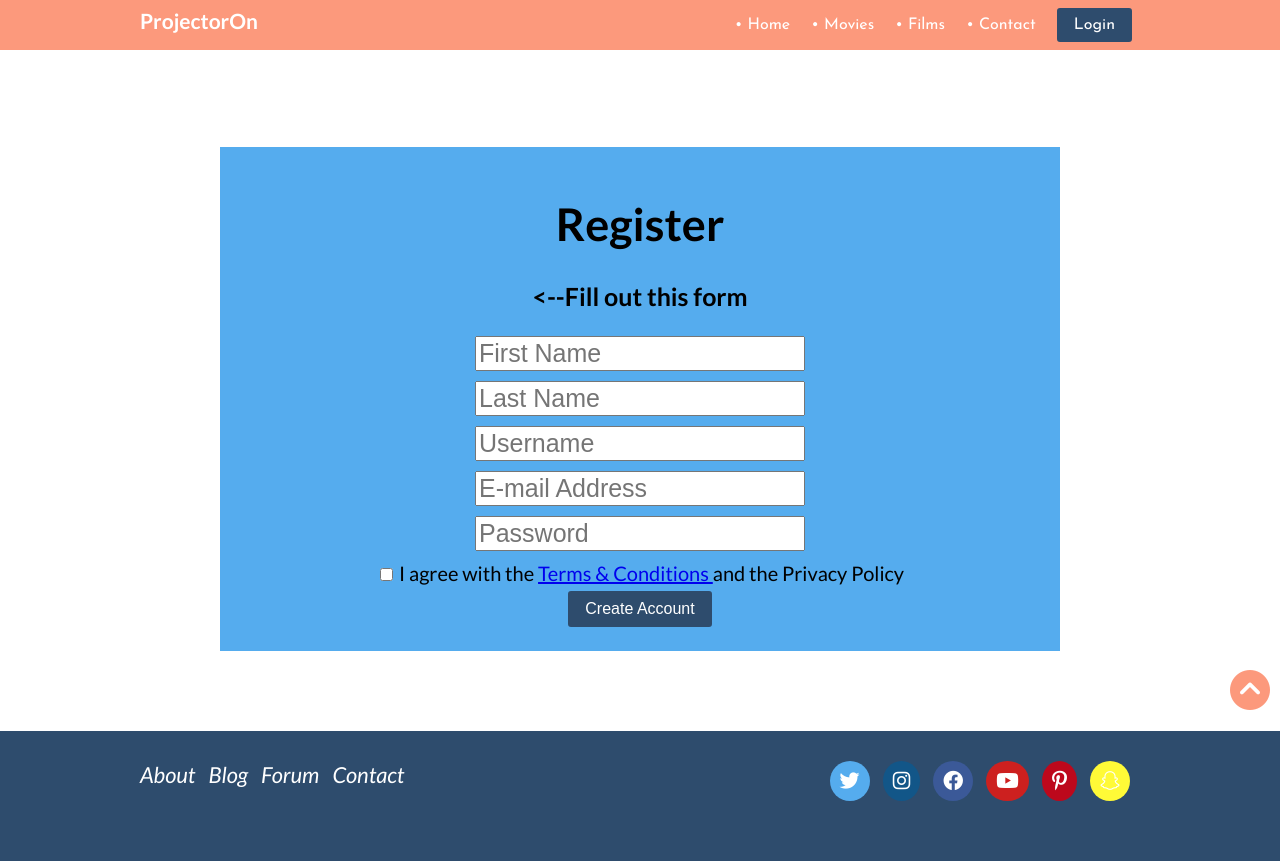
Repository: albayrakfatih/ProjectorOn_WebMovieApp
Page: register.html
These files come from the project's save history. The page is drawn as it stood at one moment and after the next save; the edit follows.
The browser window is 1280 px wide. The pictures show the whole page.
Some web libraries are served in a nearby version.

Above is the page before, as saved 2023-04-30 02:01:50.

### register.html
<!DOCTYPE html>
<html lang="en">
<head>
    <meta charset="UTF-8">
    <meta http-equiv="X-UA-Compatible" content="IE=edge">
    <meta name="viewport" content="width=device-width, initial-scale=1.0">
    <title>Movie App</title>
    <!-- <link rel="stylesheet" href="https://cdnjs.cloudflare.com/ajax/libs/font-awesome/6.3.0/css/all.min.css" integrity="sha512-SzlrxWUlpfuzQ+pcUCosxcglQRNAq/DZjVsC0lE40xsADsfeQoEypE+enwcOiGjk/bSuGGKHEyjSoQ1zVisanQ==" crossorigin="anonymous" referrerpolicy="no-referrer" /> -->
    <!-- <link rel="preconnect" href="https://fonts.googleapis.com">
    <link rel="preconnect" href="https://fonts.gstatic.com" crossorigin>
    <link href="https://fonts.googleapis.com/css2?family=Josefin+Sans:wght@400;700&family=Lato:ital,wght@0,400;0,700;1,400;1,700&display=swap" rel="stylesheet"> -->
    <!-- <link rel="stylesheet" href="css/buttons.css"> -->
    <link rel="stylesheet" href="css/styles.css">


</head>
<body id="body">

    <header class="main-header">
        <div class="container">
            <a href="#" class="main-header__logo">ProjectorOn</a>
            <nav class="main-nav">
                <ul class="main-nav__items">
                    <li class="main-nav__item">
                        <a href="#">Home</a>
                    </li>
                    <li class="main-nav__item">
                        <a href="#">Movies</a>
                    </li>
                    <li class="main-nav__item">
                        <a href="#">Films</a>
                    </li>
                    <li class="main-nav__item">
                        <a href="#">Contact</a>
                    </li>
                    <li class="main-nav__item main-nav__item--login">
                        <a class="btn btn-secondary" href="#">Login</a>
                    </li>
                </ul>
            </nav>
        </div>
    </header>

   <main class="signup-page">
    <div class="container">
        <div class="row">
            <div class="register-card-container">
                <div class="register-card">
                    <h1>Register</h1>
                    <h3> <--Fill out this form</h2>
                    <form action="" class="signup-form">
                        <input type="text" id="firstname" placeholder="First Name"><br>
                        <input type="text" id="lastname" placeholder="Last Name"><br>
                        <input type="text" id="username" placeholder="Username"><br>
                        <input type="email" id="email" placeholder="E-mail Address"><br>
                        <input type="password" id="password" placeholder="Password"><br>
                        <input type="checkbox" id="agree-terms">
                        <label for="agree-terms">I agree with the <a href="#">Terms &amp; Conditions </a> and the Privacy Policy </label><br>
                        <button type="submit" class="btn btn-secondary">Create Account</button>
                    </form>
                </div>
            </div>
        </div>
    </div>
   </main>

    <footer>
        <div class="container">
            <div class="row">
                <div class="col-2">
                    <ul id="footer-links">
                        <li><a href="">About</a></li>
                        <li><a href="">Blog</a></li>
                        <li><a href="">Forum</a></li>
                        <li><a href="">Contact</a></li>
                    </ul>
                </div>
                <div class="col-2">
                    <ul id="social-links">
                        <li><a href="" class="fab fa-twitter"></a></li>
                        <li><a href="" class="fab fa-instagram"></a></li>
                        <li><a href="" class="fab fa-facebook"></a></li>
                        <li><a href="" class="fab fa-youtube"></a></li>
                        <li><a href="" class="fab fa-pinterest-p"></a></li>
                        <li><a href="" class="fab fa-snapchat"></a></li>
                    </ul>
                </div>
            </div>
        </div>
    </footer>

    <a href="#body" id="backtotop">
        <i class="fas fa-chevron-circle-up"></i>
    </a>

</body>
</html>

### css/styles.css
@import url("https://cdnjs.cloudflare.com/ajax/libs/font-awesome/6.3.0/css/all.min.css");
@import url('https://fonts.googleapis.com/css2?family=Josefin+Sans:wght@400;700&family=Lato:ital,wght@0,400;0,700;1,400;1,700&display=swap');
@import url("buttons.css");



html {
    scroll-behavior: smooth;
}

*{
    box-sizing: border-box;
}
body{
    margin: 0px;
    font-family: 'Lato', sans-serif;
}
main{
    margin-top: 47px;
}
#showcase{
     background: /*linear-gradient(to bottom, rgba(252, 153, 124,0.1),rgb(250, 81, 30,0.3)),  */
    url('../img/projector1.jpg');
    background-position: center left;
    background-repeat: no-repeat;
    background-size: cover;
    background-attachment: fixed;
    border-top: 3px solid #fff;
    /*border: 4px solid white;*/
    height: 100vh;
    width: 100%;
    color: aliceblue;
    position: relative;
}
#showcase .content {
    position: absolute;
    font-size: 25px;
    margin: 0;
    top: 50%;
    left: 50%;
    transform: translate(-50%,-50%);
    width: 60%;
    background-color: rgba(46,76,109,0.3);
    color: #fff;
    padding: 20px;
    border-radius: 10px;
}


#how-it-works{
    background-color: #fff;
    padding: 10px;
    text-align: center;/*text-align kalıtım yolu ile aktarılabiliyor. bu yüzden tüm how-it-works section öğelerine center dedim.*/
}

.main-header{
    background-color: #FC997C;
    padding: 8px 16px;
    position: fixed;
    top: 0;
    z-index: 1;
    width: 100%;
}
.main-nav{
    display: inline-block;
    width: calc(100% - 121px);
    text-align: right;
    font-family: 'Josefin Sans', sans-serif;
}
.main-nav__items{
    list-style: none;
    margin: 0px;
    padding: 0px;
}
.main-nav__item{
    display: inline-block;
    margin: 0 8px;
}

.main-header__logo{
    color: #fff;
    text-decoration: none;
    font-weight: bold;
    font-size: 21px;
}

.main-nav__item a{
    text-decoration: none;
    color: #fff;
}
.main-nav__item a:hover{
    color:#160140;
}
.main-nav__item a:active{
    color: #fff;
}
.main-nav__item::before{
    content: '\2022';
    color: #fff;
}
.main-nav__item:hover::before{
    color: #160140;
}
.main-nav__item:active::before{
    color: #fff;
}
/* .main-nav__item--login a{
     color:#fff;
    background-color: #160140;
    border: 2px solid #fff;
    padding: 4px 16px;
    border-radius: 6px;
    font-weight: bold;
} */
/* .main-nav__item--login a:hover{
    border-color: #160140;
    color: #160140;
    background-color: #fff;
} */
.main-nav__item--login::before{
    content: none;
}

.row{
    margin-bottom: 30px;
    /* margin-top: 20px; */
}
/* .col-2{
    display: inline-block;
    width: calc(50% - 2px);
    height:350px;
    background-color: tomato;
    vertical-align:top;
}
.col-3{
    display: inline-block;
    width: 30%;
    padding: 16px;
    margin: 8px;
} */
.col-2 {
    float: left;
    width: 50%;
}
.col-3 {
    float: left;
    width: 33.3%;
}
.col-4 {
    float: left;
    width: 25%;
}

.icon-box h3{
    font-size: 25px;
    color: #3e4555;
}
.icon-box i{
    color: #FC997C;
}

.features-left{
    background-image: url("../img/titanic.jpg");
    background-position: center top;
    background-size: cover;
}
.features-right{
    background-color: #edf5f7;
    padding: 40px 20px;
}
.features-right h2{
    font-size: 30px;
}
.features-left,
.features-right {
    height: 350px;
}


.btn-view-features{
    background-color: #FC997C;
    color: #fff;
    padding: 7px 15px;
    border: 1px solid #FC997C;
    text-decoration: none;
    font-size: 14px;
    font-family: 'Josefin Sans', sans-serif;
    border-radius: 3px;
    display: inline-block;
    margin-top: 15px;
}
.btn-view-features:hover{
    color: #FC997C;
    background-color: #fff;
}
.section-title{
    text-align: center;
    margin-bottom: 40px;
    font-weight:700;
    font-size: 30px;
    color: #3e4555;
}
.plan{
    text-align: center;
    padding: 10px;
}

.plan__badge{
    background-color: orange;
    color: red;
    padding: 8px;
    border-radius: 5px;
}

.plan--featured {
    position: relative;
    top: -30px;
}

.recommended_plan{
    color: #ffffff;
    background-color: mediumblue!important;

}

 /* .clearfix{
    content: "";    .clearfix yerine .row sınıfını kullandık
    display: block;
    clear: both;
}  */
.row::after{
    content: "";
    display: block;
    clear: both;
}

.container{
    margin: 0 auto;
    width: 1000px;
}

.inner-plan{
    background-color:#edf5f7;
    padding: 25px 15px;
    border-radius: 5px;
    box-shadow:  0px 5px 15px rgba(0, 0, 0, 0.35);
    transition: box-shadow .8s;
}
.inner-plan:hover{
    box-shadow: 0px 5px 15px rgba(0, 0, 0, 0.7);
}


#backtotop {
    position: fixed;
    bottom: 10px;
    right: 10px;
}
#backtotop i {
    font-size: 40px;
    background-color:transparent;
    color: #fc997C;
    transition: color .6s;
}
#backtotop i:hover {
    color: #fb7850;
}

.counter {
    background: linear-gradient(to bottom, #FC997C 0%, #FC8b69 100%);
    text-align: center;
    padding:50px;
}
.counter h4 {
    margin-top: 0;
    color: #fff;
}
.counter__item{
    font-weight: 700;
    font-size: 25px;
    color: #fff;
}

/*----------movies--------------*/

.card-container {
    padding: 10px;
}
.card {
     /* width: 20vw;  veya 300px;  */
    background-color: #fff;
    box-shadow: rgba(14, 30, 37, 0.12) 0px 2px 4px 0px, rgba(14, 30, 37, 0.32) 0px 2px 16px 0px;
    cursor: pointer;
    border-radius: 5px;
    /* height: 90vh;  */
    position: relative;
    top: 0;
    transition: all .5s;
}
.card:hover {
    top: -10px;
    box-shadow: rgba(14, 30, 37, 0.9) 0px 2px 4px 0px, rgba(14, 30, 37, 0.9) 0px 2px 16px 0px;
}
.card-title {
    text-align: center;
}
.card-image {
    width:100%;
    /*height:45vh;*/
    max-height: 350px;
}
.card-button {
    text-align: center;
}
.card-body {
    padding: 30px;
}

/*-------------- footer --------------*/

footer {
    background-color: #2E4C6D;
    padding: 30px;
    margin-top: 25px;
}

footer a {
    color: #fff;
    font-size: 22px;
    text-decoration: none;
    font-style: italic;
}
footer ul {
    margin: 0;
    padding:0;
}

footer ul li {
    list-style-type: none;
    display: inline-block;
    margin-right: 10px;
}

#social-links {
    text-align: right;
}

.fab {
    padding: 10px;
    font-size: 20px;
    border-radius: 50%;
}
.fab:hover {
    opacity: 0.5;
}

.fa-twitter {
    background-color: #55acee;
    color: #fff;
}
.fa-instagram {
    background-color: #125688;
    color: #fff;
}
.fa-facebook {
    background-color: #3b5998;
    color: #fff;
}
.fa-youtube {
    background-color: #cd201f;
    color: #fff;
}
.fa-pinterest-p {
    background-color: #bd081c;
    color: #fff;
}
.fa-snapchat {
    background-color: #fffa37;
    color: #fff;
}

/*------------- register-card ------------*/

.register-card {
    background-color: #55acee;
    margin-top: 50px;
    padding:20px;
    height:70vh;
}
.signup-form {
    text-align: center;
}
.register-card h1 {
    font-size: 45px;
}
.register-card h3 {
    font-size: 25px;
}
.register-card h1,h3 {
    text-align: center;
}
.signup-form input {
    font-size: 25px;
    margin-bottom: 10px;
}
.signup-form label {
    font-size: 20px;
    margin-bottom: 20px;
}
.register-card-container {
    padding: 50px 80px;
}

### css/buttons.css


.btn {
    text-align: center;
    text-decoration: none;
    display: inline-block;
    padding: 7px 15px;
    font-size: 16px;
    cursor: pointer;
    border: none;
    border-radius: 3px;
    transition-duration: .8s;
}

.btn-primary{
    background-color: #FC997c;
    color: #fff;
    border: 2px solid #FC997c;
}
.btn-primary:hover{
    background-color: #fff;
    color: #FC997c;
    border: 2px solid #FC997c;
}
.btn-outline-primary{
    background-color: #fff;
    color: #FC997c;
    border: 2px solid #FC997c;
}
.btn-outline-primary:hover{
    background-color: #FC997c;
    color: #fff;
    border: 2px solid #FC997c;
}



.btn-secondary{
    background-color: #2E4C6D;
    color: #fff;
    border: 2px solid #2E4C6D;
}
.btn-secondary:hover{
    background-color: #fff;
    color: #2E4C6D;
    border: 2px solid #2E4C6D;
}
.btn-outline-secondary{
    background-color: #fff;
    color: #2E4C6D;
    border: 2px solid #2E4C6D;
}
.btn-outline-secondary:hover{
    background-color: #2E4C6D;
    color: #fff;
    border: 2px solid #2E4C6D;
}

After the next save:
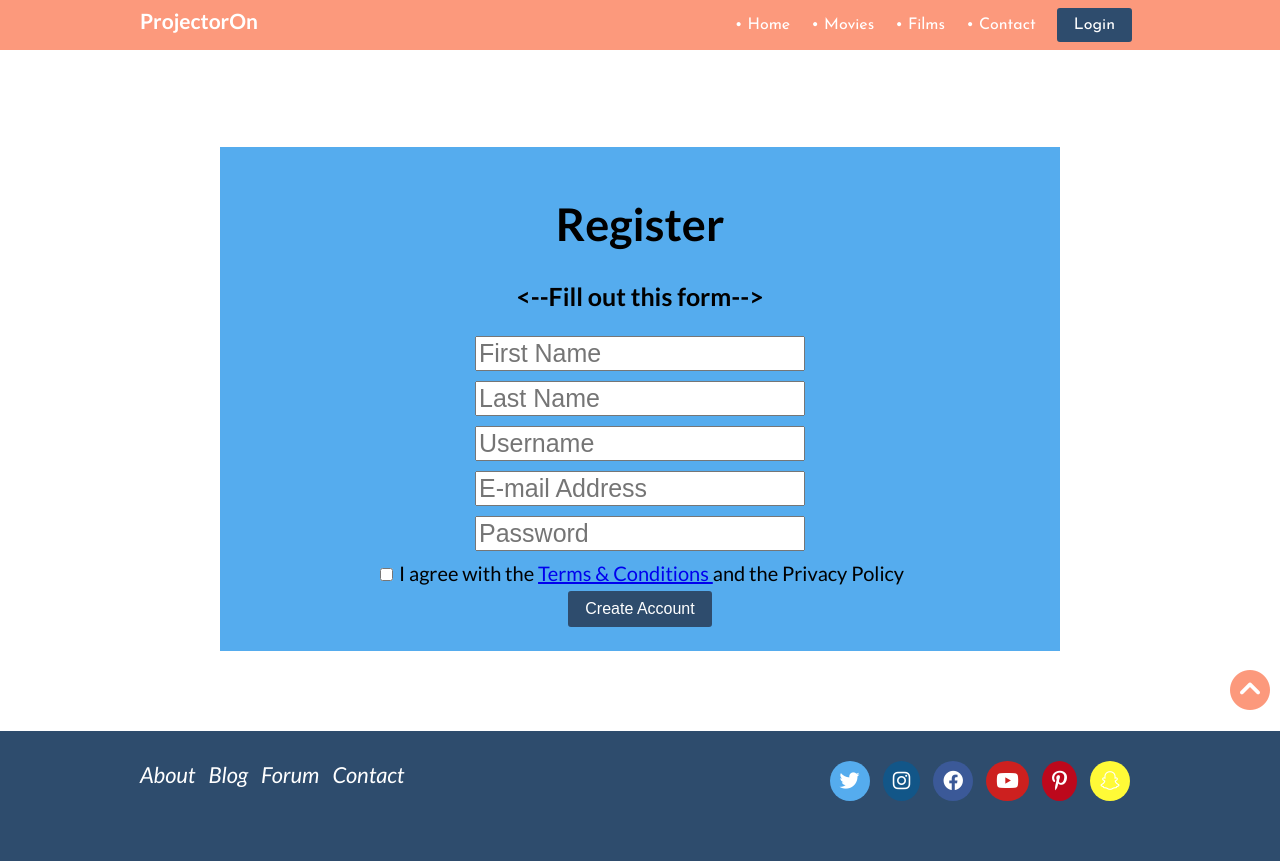
Saved 5 s later.
--- a/register.html
+++ b/register.html
@@ -47,7 +47,7 @@
             <div class="register-card-container">
                 <div class="register-card">
                     <h1>Register</h1>
-                    <h3> <--Fill out this form</h2>
+                    <h3> <--Fill out this form--> </h2>
                     <form action="" class="signup-form">
                         <input type="text" id="firstname" placeholder="First Name"><br>
                         <input type="text" id="lastname" placeholder="Last Name"><br>
